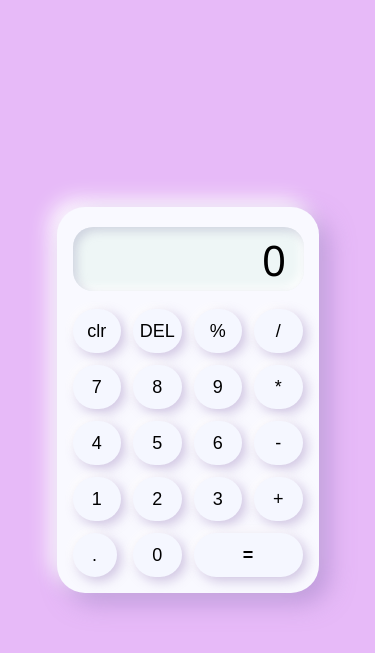
Repository: meti-guda/simple-calculator
Page: index.html
The author's editor kept a copy of each file at every save. The page is drawn from the files as they stood at one save, then again after the next save.
The browser window is 375 px wide. The pictures show the whole page.

Above is the page before, as saved 2025-12-11 12:37:54.

After the next save:
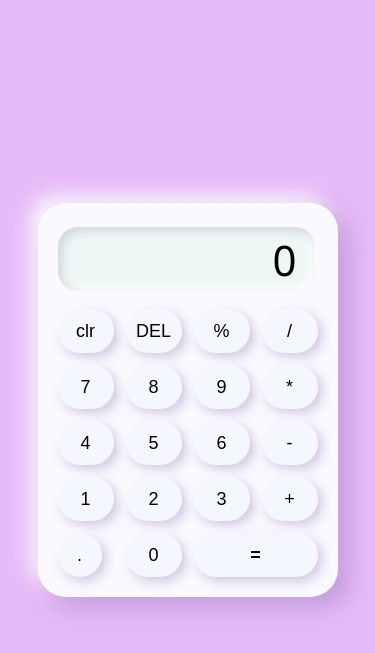
Saved 32 s later.
--- a/style.css
+++ b/style.css
@@ -89,10 +89,3 @@ button:hover {
   box-shadow: inset 3px 3px 8px rgba(160, 100, 150, 0.6),
     inset -2px -2px 6px rgba(255, 255, 255, 1);
 }
-
-@media (max-width: 400px) {
-  .calculator {
-    width: 230px;
-    padding: 20px 16px 16px;
-  }
-}
